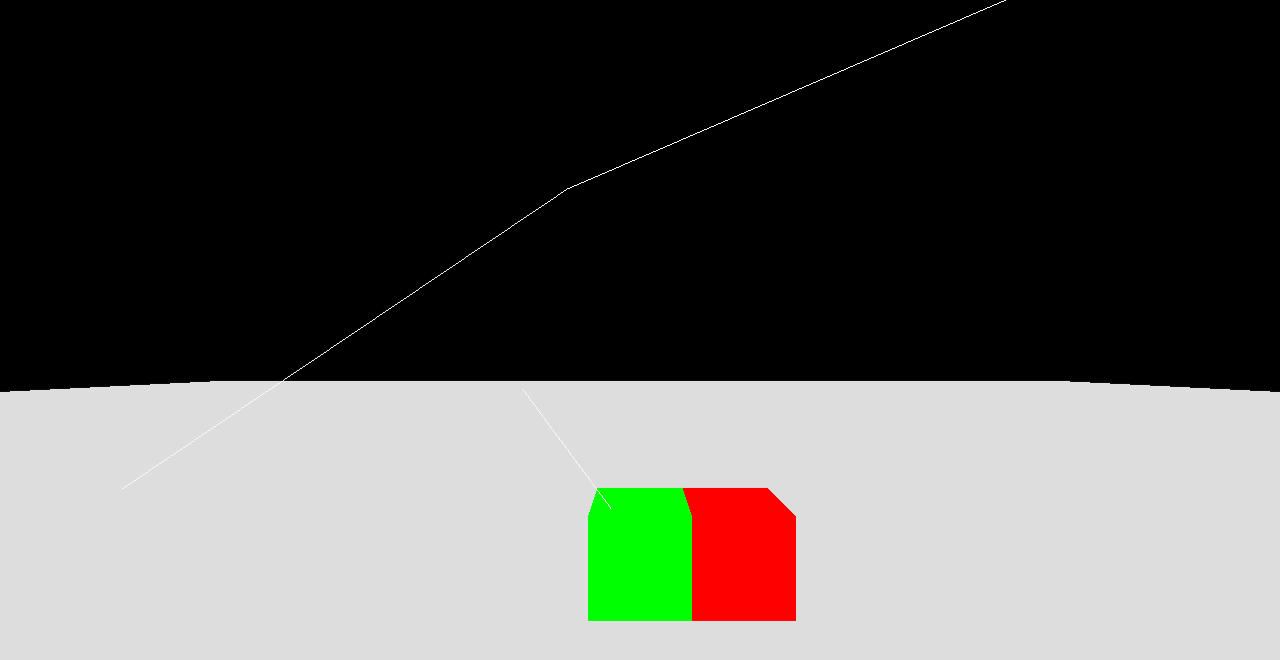
Repository: SanjoSolutions/projects
Page: minecraft/index.html
The author's editor kept a copy of each file at every save. The page is drawn from the files as they stood at one save, then again after the next save.
The browser window is 1280 px wide. The pictures show the whole page.
Some web libraries are served in a nearby version.

Above is the page before, as saved 2020-08-31 19:34:42.

After the next save:
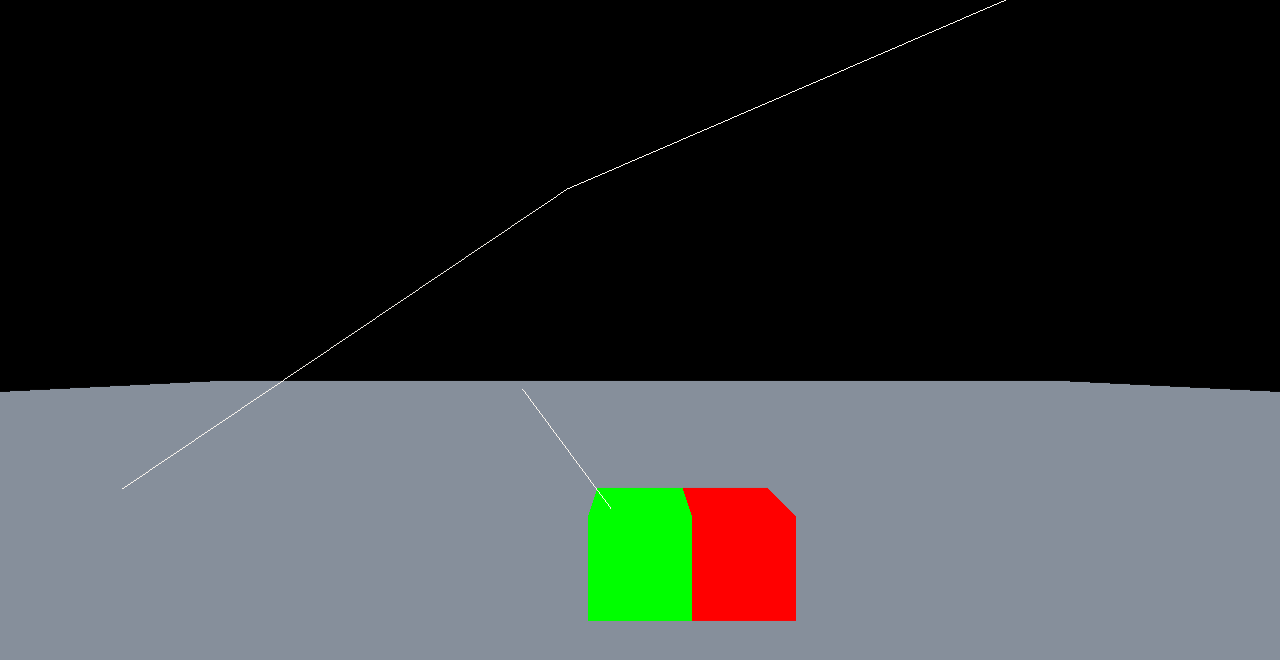
Saved 32 s later.
--- a/minecraft/index.js
+++ b/minecraft/index.js
@@ -52,7 +52,7 @@
 
 function createPlane() {
   const geometry = new THREE.PlaneGeometry(100, 100)
-  const material = new THREE.MeshBasicMaterial({ color: 0xdddddd })
+  const material = new THREE.MeshLambertMaterial({ color: 0xdddddd })
   const plane = new THREE.Mesh(geometry, material)
   plane.rotation.x = -Math.PI / 2
   plane.position.x = 0

After the save that followed:
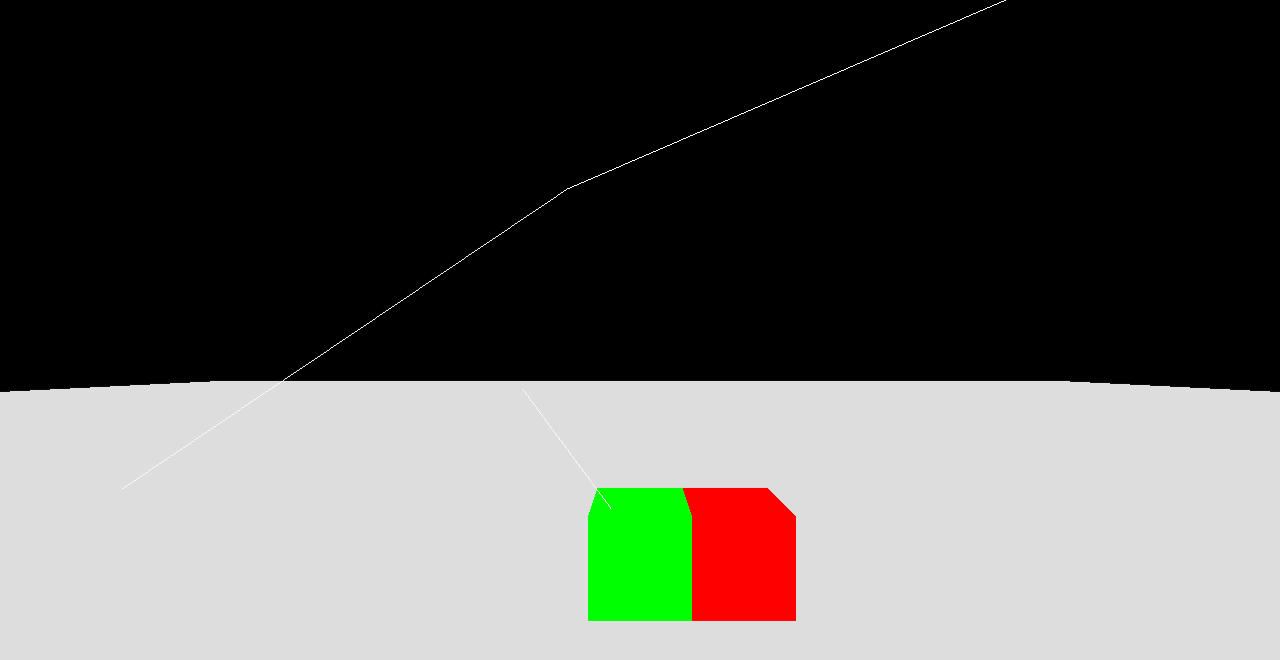
Saved 8 s later.
--- a/minecraft/index.js
+++ b/minecraft/index.js
@@ -52,7 +52,7 @@
 
 function createPlane() {
   const geometry = new THREE.PlaneGeometry(100, 100)
-  const material = new THREE.MeshLambertMaterial({ color: 0xdddddd })
+  const material = new THREE.MeshBasicMaterial({ color: 0xdddddd })
   const plane = new THREE.Mesh(geometry, material)
   plane.rotation.x = -Math.PI / 2
   plane.position.x = 0
